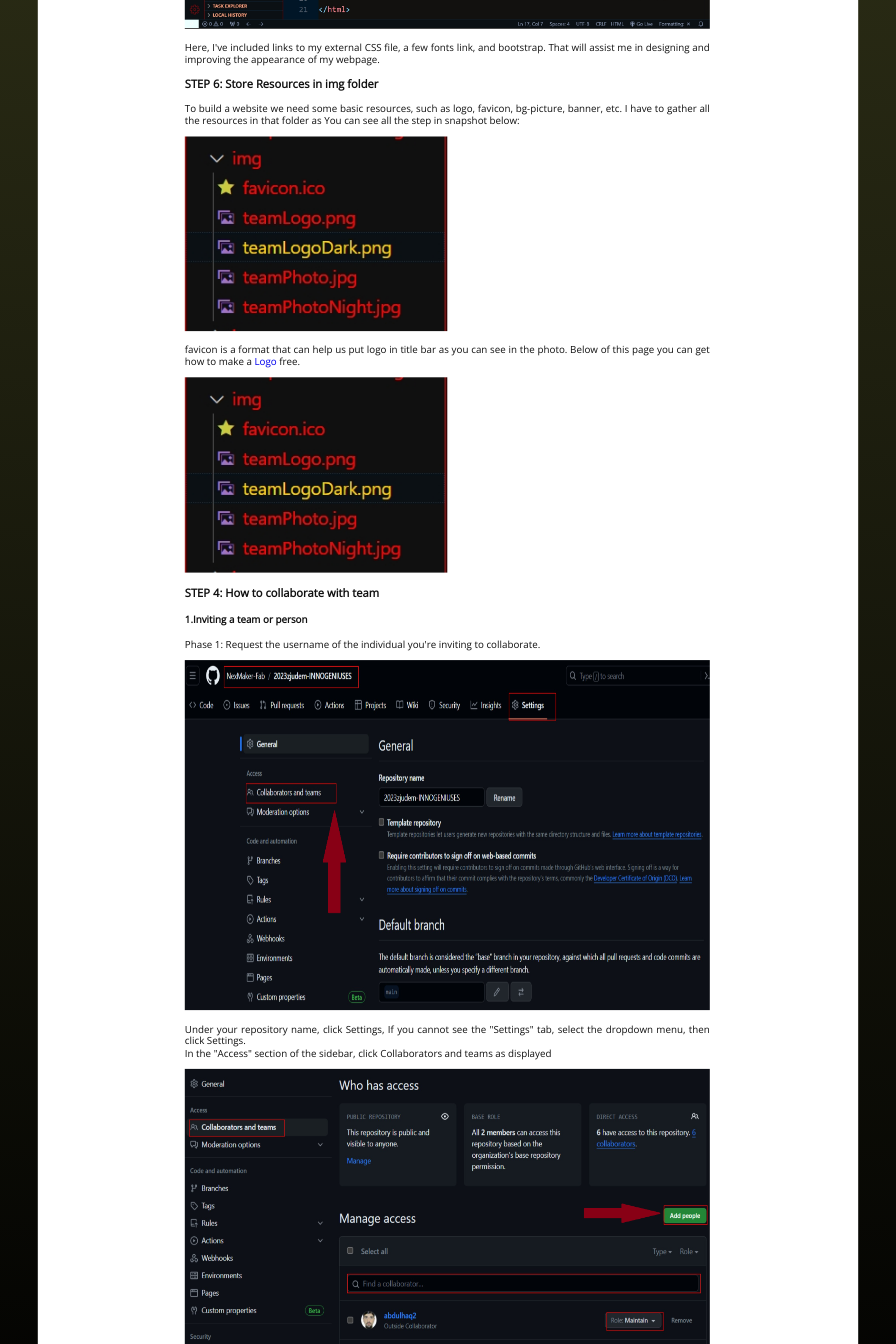
Repository: NexMaker-Fab/2023zjudem-INNOGENIUSES
Page: build web/page1.html
An editor plug-in stored every save of this project. The page is shown before and after the next save, followed by the edit.
The browser window is 1280 px wide. The pictures show the part of the page from y = 4580 to 6500 px (the page is 8997 px tall before and 8754 px after), at 70% of full size.

Above is the page before, as saved 2023-11-27 00:58:29.

After the next save:
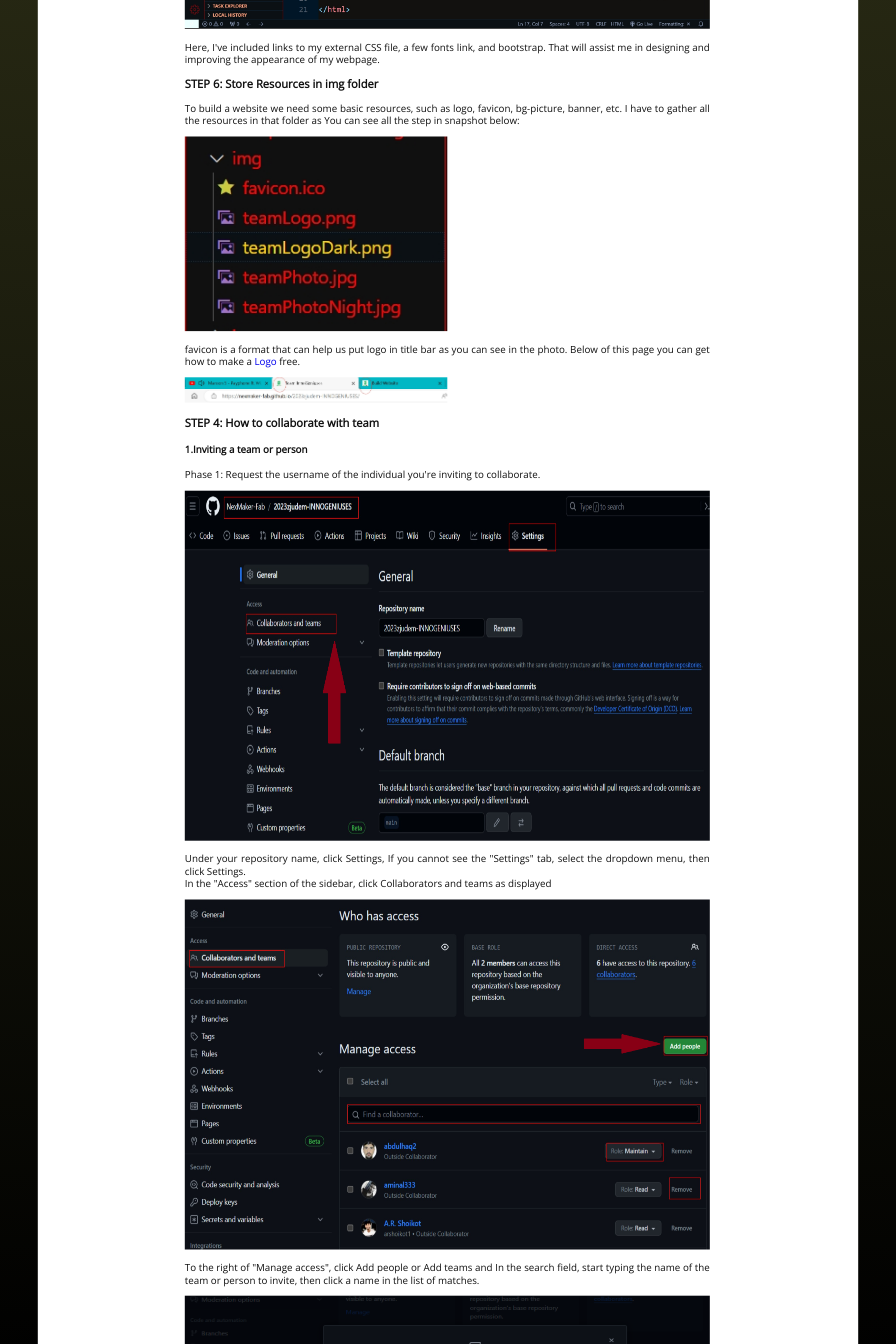
Saved 2 min 54 s later.
--- a/build web/page1.html
+++ b/build web/page1.html
@@ -121,7 +121,7 @@
                         <p>
                             favicon is a format that can help us put logo in title bar as you can see in the photo. Below of this page you can get how to make a <a href="#logoCreate">Logo</a> free.
                         </p>
-                        <img src="img/bw2.png" alt="description photo" style="width:50%; height: 100%;">
+                        <img src="img/title logo.png" alt="description photo" style="width:50%; height: 100%;">
 
 
 
